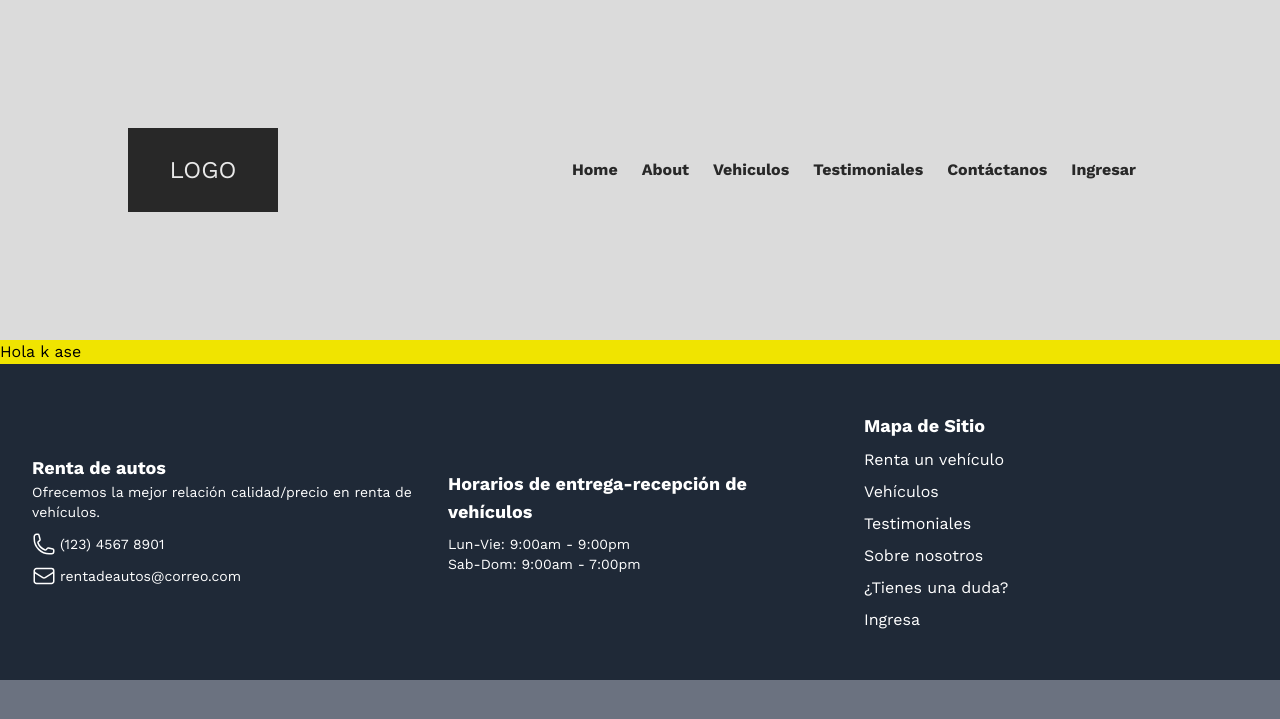
Repository: aldovelacasas/PF_RentCar2
Page: /
These files come from the project's save history. The page is drawn as it stood at one moment and after the next save; the edit follows.
The browser window is 1280 px wide. The pictures show the whole page.
The project was rebuilt for these pictures with package versions that can differ from the ones it lists, and the page was loaded fresh each time. The framework's server and built-in components were replaced by stand-ins that run in the browser. Also part of the build but not shown: next.config.js.

Above is the page before, as saved 2023-08-30 09:45:01.

After the next save:
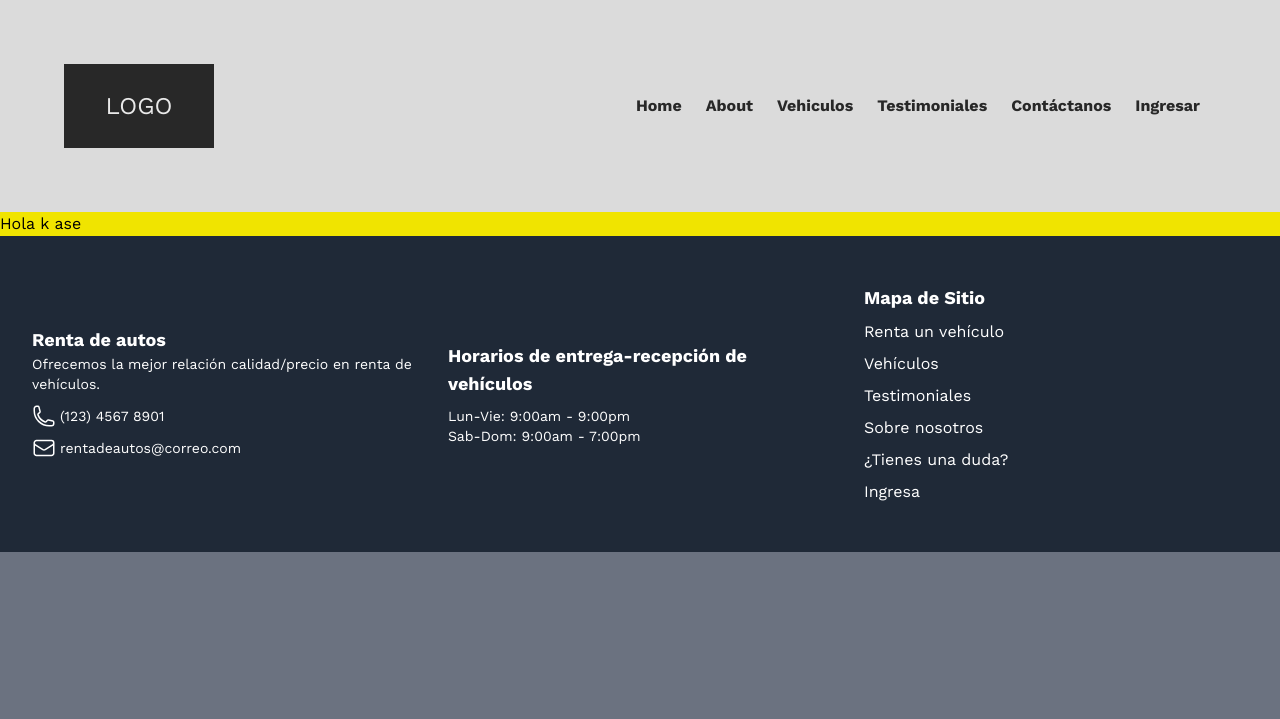
Saved 12 s later.
--- a/src/components/NavBar/nav.css
+++ b/src/components/NavBar/nav.css
@@ -104,7 +104,7 @@ nav {
 
 @media screen and (min-width: 1100px) {
   nav {
-    padding: 10%;
+    padding: 5%;
   }
   .HomeMenu {
     display: block;
